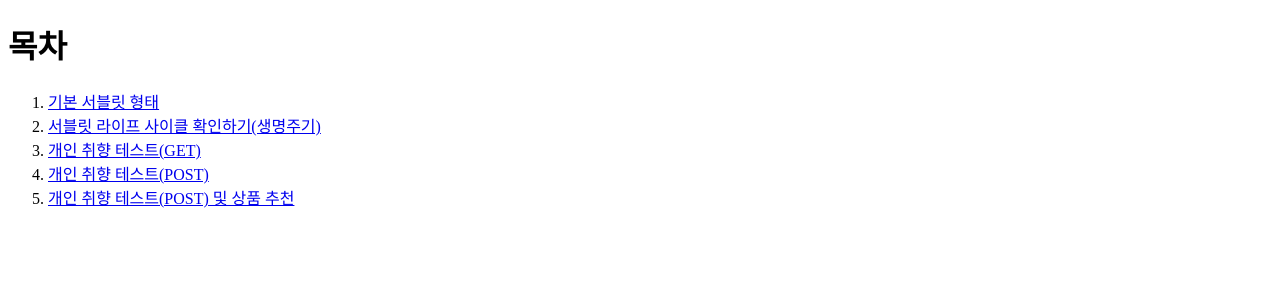
Repository: steeveelee2/WEB_Study
Page: webWorkspace/servlet2Project/web/index.html
These files come from the project's save history. The page is drawn as it stood at one moment and after the next save; the edit follows.
The browser window is 1280 px wide. The pictures show the whole page.

Above is the page before, as saved 2018-10-11 05:27:58.

### webWorkspace/servlet2Project/web/index.html
<!DOCTYPE html>
<html>
<head>
<meta charset="UTF-8">
<title>서블릿 두번째 프로젝트</title>
</head>
<body>
	<h1>목차</h1>
	<ol>
		<li>
			<!-- 서블릿의 이름을 OOO.do / OOO.search 등으로 . 표기를 하는 이유는 앞부분은 서블릿의 명칭, 뒷부분은 서블릿 그룹을 나타내기 위함이다
			.do / .biz / .go / .gs 등으로 서블릿 그룹에 따라 접근 방법을 나눠 생성 가능
			.do를 젤 많이 쓰는데 귀찮아서 그럼 ㅋ -->
			<a href="test1.do">기본 서블릿 형태</a>
		</li>
		<li>
			<a href="life">서블릿 라이프 사이클 확인하기(생명주기)</a>
		</li>
		<li>
			<a href="views/testPerson1.html">개인 취향 테스트(GET)</a>
		</li>
		<li>
			<a href="views/testPerson2.html">개인 취향 테스트(POST)</a>
		</li>
		<li>
			<a href="views/testPerson3.html">개인 취향 테스트(POST) 및 상품 추천</a>
		</li>
	</ol>
</body>
</html>

After the next save:
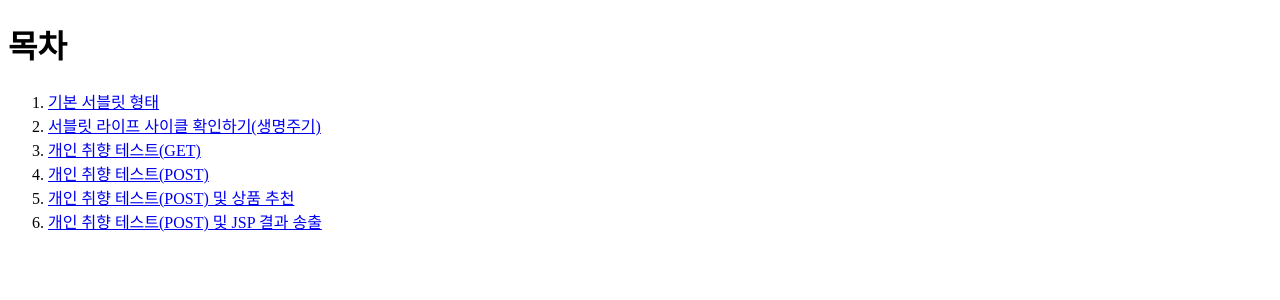
Saved 3 min 12 s later.
--- a/webWorkspace/servlet2Project/web/index.html
+++ b/webWorkspace/servlet2Project/web/index.html
@@ -25,6 +25,9 @@
 		<li>
 			<a href="views/testPerson3.html">개인 취향 테스트(POST) 및 상품 추천</a>
 		</li>
+		<li>
+			<a href="views/testPerson4.html">개인 취향 테스트(POST) 및 JSP 결과 송출</a>
+		</li>
 	</ol>
 </body>
 </html>
